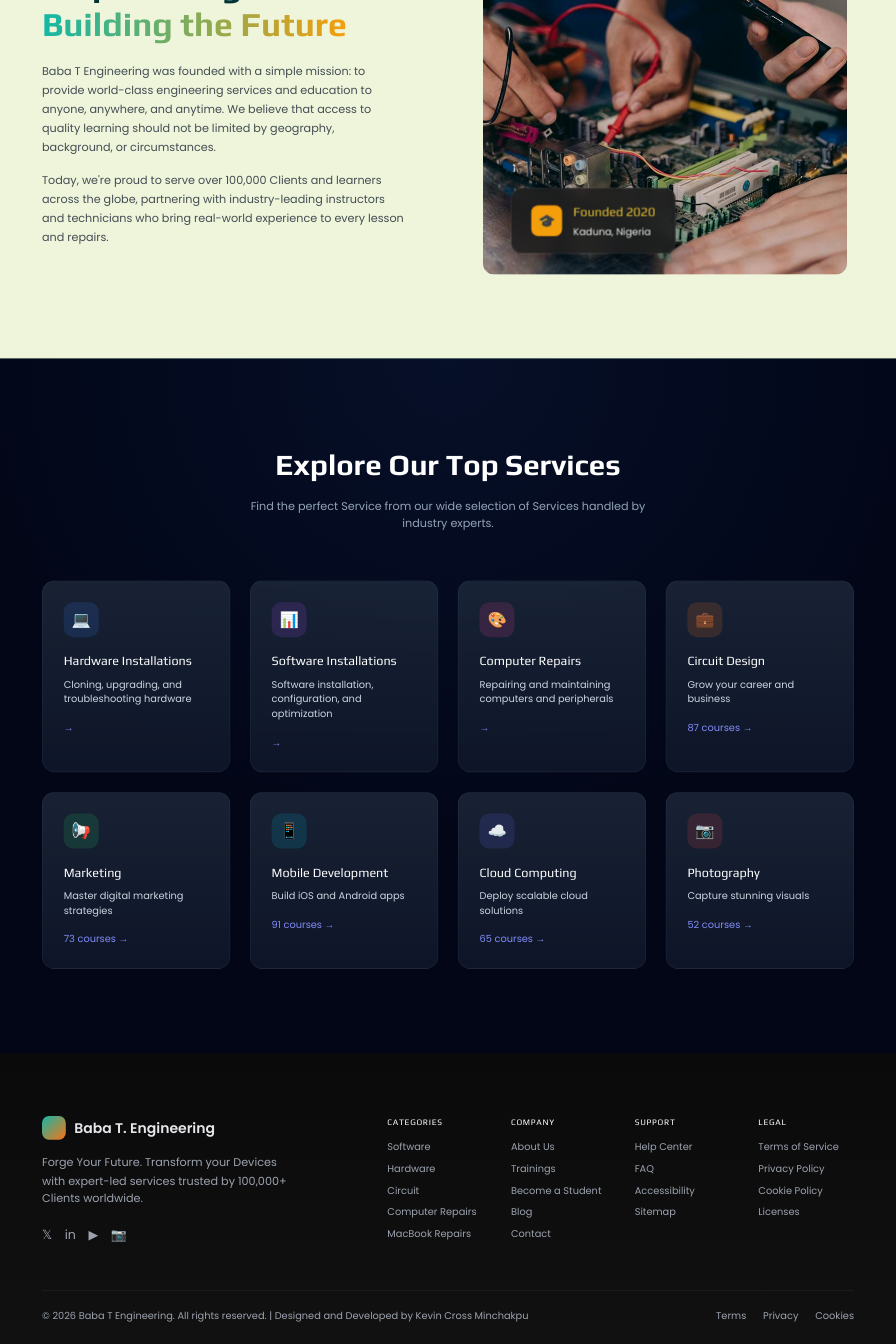
Repository: KC-Minchakpu/babatunde
Page: /
These files come from the project's save history. The page is drawn as it stood at one moment and after the next save; the edit follows.
The browser window is 1280 px wide. The pictures show the part of the page from y = 1816 to 3736 px (the page is 3736 px tall), at 70% of full size.
The project was rebuilt for these pictures with package versions that can differ from the ones it lists, and the page was loaded fresh each time. The framework's server and built-in components were replaced by stand-ins that run in the browser. Also part of the build but not shown: next.config.ts.

Above is the page before, as saved 2026-02-14 23:08:00.

### src/app/layout.tsx
import type { Metadata } from "next";
import { Play, Poppins } from "next/font/google";
import "./globals.css";
import Header from "@/components/Header/Header";
import Footer from "@/components/Footer/Footer";

const play = Play({
  variable: "--font-play",
  subsets: ["latin"],
  weight: ["400", "700"],
});

const poppins = Poppins({
  variable: "--font-poppins",
  subsets: ["latin"],
  weight: ["400", "500", "600", "700"],
});

export const metadata: Metadata = {
  title: "Create Next App",
  description: "Generated by create next app",
};

export default function RootLayout({
  children,
}: Readonly<{
  children: React.ReactNode;
}>) {
  return (
    <html lang="en">
      <body
        className={`${play.variable} ${poppins.variable} antialiased`}
      >
        <Header />
        {children}
        <Footer />
      </body>
    </html>
  );
}

### src/app/page.tsx
import Hero from "@/components/Hero/Hero";
import Values from "@/components/Values/Values";
import Story from "@/components/Story/Story";
import Categories from "@/components/Categories/Categories";


export default function Home() {
  return (
    <>
     <main>
      <Hero />
      <Values />
      <Story />
      <Categories />
     </main>
    </>
  );
}

### src/app/globals.css
@import "tailwindcss";

:root {
  --background: #023436;
  --foreground: #f0f0f0;
}

body {
  background: var(--background);
  color: var(--foreground);
  font-family: var(--font-poppins);
}

h1, h2, h3, h4, h5, h6 {
  font-family: var(--font-play);
}

h1 {
  color: red;
  font-size: 35px;
}

### src/components/Header/Header.tsx
"use client";

import Link from "next/link";
import styles from "./Header.module.css";
import { useState } from "react";

const Header = () => {
  const [isOpen, setIsOpen] = useState(false);

  return (
    <header className={styles.header}>
      <div className={styles.container}>
        {/* Logo */}
        <div className={styles.logo}>
          <span className={styles.logoCircle}>Ed</span>
          <span className={styles.logoText}>Baba T </span>
        </div>

        {/* Navigation */}
        <nav className={styles.nav}>
          <Link href="/">Home</Link>

          <div
            className={styles.dropdown}
            onMouseEnter={() => setIsOpen(true)}
            onMouseLeave={() => setIsOpen(false)}
          >
            <span className={styles.dropdownToggle}>About</span>

            {isOpen && (
              <div className={styles.dropdownMenu}>
                <Link href="/about/history">Our History</Link>
                <Link href="/about/team">Our Team</Link>
                <Link href="/about/mission">Mission & Vision</Link>
                <Link href="/about/values">Core Values</Link>
                <Link href="/about/careers">Careers</Link>
              </div>
            )}
          </div>

          <Link href="/students-life">Students Life</Link>
          <Link href="/services">Services</Link>
          <Link href="/training-programs">Training Programs</Link>
          <Link href="/blog">Blog</Link>
          <Link href="/contact">Contact Us</Link>
        </nav>

        {/* Auth Buttons */}
        <div className={styles.actions}>
          <button className={styles.signIn}>Sign In</button>
          <button className={styles.signUp}>Sign Up</button>
        </div>
      </div>
    </header>
  );
};

export default Header;

### src/components/Footer/Footer.tsx
import styles from "./Footer.module.css";

export default function Footer() {
  return (
    <footer className={styles.footer}>
      <div className={styles.container}>
        <div className={styles.topSection}>
          {/* LEFT BRAND AREA */}
          <div className={styles.brand}>
            <div className={styles.logo}>
              <div className={styles.logoBox}></div>
              <span>Baba T. Engineering</span>
            </div>

            <p>
              Forge Your Future. Transform your Devices with expert-led services
              trusted by 100,000+ Clients worldwide.
            </p>

            <div className={styles.socials}>
              <span>𝕏</span>
              <span>in</span>
              <span>▶</span>
              <span>📷</span>
            </div>
          </div>

          {/* LINKS GRID */}
          <div className={styles.linksGrid}>
            <div>
              <h4>CATEGORIES</h4>
              <a>Software</a>
              <a>Hardware</a>
              <a>Circuit</a>
              <a>Computer Repairs</a>
              <a>MacBook Repairs</a>
            </div>

            <div>
              <h4>COMPANY</h4>
              <a>About Us</a>
              <a>Trainings</a>
              <a>Become a Student</a>
              <a>Blog</a>
              <a>Contact</a>
            </div>

            <div>
              <h4>SUPPORT</h4>
              <a>Help Center</a>
              <a>FAQ</a>
              <a>Accessibility</a>
              <a>Sitemap</a>
            </div>

            <div>
              <h4>LEGAL</h4>
              <a>Terms of Service</a>
              <a>Privacy Policy</a>
              <a>Cookie Policy</a>
              <a>Licenses</a>
            </div>
          </div>
        </div>

        {/* DIVIDER */}
        <div className={styles.divider}></div>

        {/* BOTTOM BAR */}
        <div className={styles.bottomBar}>
          <p>© 2026 Baba T Engineering. All rights reserved. | Designed and Developed by Kevin Cross Minchakpu</p>

          <div className={styles.bottomLinks}>
            <a>Terms</a>
            <a>Privacy</a>
            <a>Cookies</a>
          </div>
        </div>
      </div>
    </footer>
  );
}

### src/components/Hero/Hero.tsx
import Image from "next/image";
import styles from "./Hero.module.css";

export default function Hero() {
  return (
    <section className={styles.hero}>
      <div className={styles.container}>
        {/* LEFT CONTENT */}
        <div className={styles.left}>
          <span className={styles.badge}>
            — EXCELLENCE IN CIRCUIT REPAIR AND MAINTENANCE
          </span>

          <h1 className={styles.title}>
            Restoring Power, <br /> Precision, and Performance
          </h1>

          <p className={styles.description}>
            At Baba T Engineering, we specialize in professional electronic hardware
            repairs, with a focus on computer motherboards, laptops, and other
            critical devices. We combine expert craftsmanship with cutting-edge
            diagnostic tools to bring your electronics back to life — fast,
            affordable, and reliable.
          </p>

          <div className={styles.buttonGroup}>
            <button className={styles.primaryBtn}>Book a Repair</button>
            <button className={styles.secondaryBtn}>Apply Today!</button>
          </div>

          {/* STATS */}
          <div className={styles.stats}>
            <div className={styles.stat}>
              <h3>25+</h3>
              <p>Years Experience</p>
            </div>

            <div className={styles.stat}>
              <h3>5000+</h3>
              <p>Devices Repaired</p>
            </div>

            <div className={styles.stat}>
              <h3>3000+</h3>
              <p>Satisfied Clients</p>
            </div>
          </div>
        </div>

        {/* RIGHT IMAGE */}
        <div className={styles.right}>
          <div className={styles.imageWrapper}>
            <Image
              src="/images/misc-16.jpeg"
              alt="Construction worker"
              fill
              className={styles.image}
              priority
            />

            <div className={styles.overlayCard}>
              <h4>ISO 9001:2015</h4>
              <p>Certified Construction</p>
            </div>
          </div>
        </div>
      </div>
    </section>
  );
}

### src/components/Values/Values.tsx
import styles from "./Values.module.css";

export default function Values() {
  return (
    <section className={styles.values}>
      <div className={styles.container}>
        {/* Header */}
        <div className={styles.header}>
          <h2>Our Values</h2>
          <p>These core principles guide everything we do at Baba T Engineering.</p>
        </div>

        {/* Cards */}
        <div className={styles.grid}>
          <div className={styles.card}>
            <div className={`${styles.icon} ${styles.iconGreen}`}>
              👤
            </div>
            <h3>Learner First</h3>
            <p>
              Every decision we make starts with a simple question: “How does
              this benefit our learners?” We’re obsessed with student success.
            </p>
          </div>

          <div className={styles.card}>
            <div className={`${styles.icon} ${styles.iconOrange}`}>
              ✨
            </div>
            <h3>Excellence Always</h3>
            <p>
              We maintain the highest standards for our courses, instructors,
              and platform. Good enough is never good enough for us.
            </p>
          </div>

          <div className={styles.card}>
            <div className={`${styles.icon} ${styles.iconTeal}`}>
              🌍
            </div>
            <h3>Accessible to All</h3>
            <p>
              We believe quality education should be available to everyone. We
              work hard to keep courses affordable and accessible globally.
            </p>
          </div>
        </div>
      </div>
    </section>
  );
}

### src/components/Story/Story.tsx
import Image from "next/image";
import styles from "./Story.module.css";

export default function Story() {
  return (
    <section className={styles.story}>
      <div className={styles.container}>
        {/* LEFT CONTENT */}
        <div className={styles.left}>
          <span className={styles.badge}>Our Story</span>

          <h2 className={styles.title}>
            Empowering Learners<br />
            <span>Building the Future</span>
          </h2>

          <p className={styles.description}>
            Baba T Engineering was founded with a simple mission: to provide world-class
            engineering services and education to anyone, anywhere, and anytime. We believe that access to quality
            learning should not be limited by geography, background, or
            circumstances.
          </p>

          <p className={styles.description}>
            Today, we&apos;re proud to serve over 100,000 Clients and learners across the globe,
            partnering with industry-leading instructors and technicians who bring real-world
            experience to every lesson and repairs.
          </p>
        </div>

        {/* RIGHT IMAGE */}
        <div className={styles.right}>
          <div className={styles.imageWrapper}>
            <Image
              src="/images/power-systems.jpg"
              alt="Technician working on power systems"
              fill
              className={styles.image}
              priority
            />

            <div className={styles.floatingCard}>
              <div className={styles.icon}>🎓</div>
              <div>
                <h4>Founded 2020</h4>
                <p>Kaduna, Nigeria</p>
              </div>
            </div>
          </div>
        </div>
      </div>
    </section>
  );
}

### src/components/Categories/Categories.tsx
import styles from "./Categories.module.css";

const categories = [
  {
    title: "Hardware Installations",
    description: "Cloning, upgrading, and troubleshooting hardware",
    icon: "💻",
    color: "blue",
  },
  {
    title: "Software Installations",
    description: "Software installation, configuration, and optimization",
   icon: "📊",
    color: "purple",
  },
  {
    title: "Computer Repairs",
    description: "Repairing and maintaining computers and peripherals",
    icon: "🎨",
    color: "pink",
  },
  {
    title: "Circuit Design",
    description: "Grow your career and business",
    courses: "87 courses",
    icon: "💼",
    color: "orange",
  },
  {
    title: "Marketing",
    description: "Master digital marketing strategies",
    courses: "73 courses",
    icon: "📢",
    color: "green",
  },
  {
    title: "Mobile Development",
    description: "Build iOS and Android apps",
    courses: "91 courses",
    icon: "📱",
    color: "cyan",
  },
  {
    title: "Cloud Computing",
    description: "Deploy scalable cloud solutions",
    courses: "65 courses",
    icon: "☁️",
    color: "indigo",
  },
  {
    title: "Photography",
    description: "Capture stunning visuals",
    courses: "52 courses",
    icon: "📷",
    color: "red",
  },
];

export default function Categories() {
  return (
    <section className={styles.categories}>
      <div className={styles.container}>
        <div className={styles.header}>
          <h2>Explore Our Top Services</h2>
          <p>
            Find the perfect Service from our wide selection of Services
            handled by industry experts.
          </p>
        </div>

        <div className={styles.grid}>
          {categories.map((cat, index) => (
            <div key={index} className={styles.card}>
              <div className={`${styles.icon} ${styles[cat.color]}`}>
                {cat.icon}
              </div>

              <h3>{cat.title}</h3>
              <p>{cat.description}</p>

              <span className={styles.courses}>
                {cat.courses} →
              </span>
            </div>
          ))}
        </div>
      </div>
    </section>
  );
}

### src/components/Header/Header.module.css
.header {
  width: 100%;
  height: 100px;
  background: #0F1A20;
  padding: 20px;
  position: sticky;
  top: 0;
  z-index: 1000;
}

.container {
  width: 90%;
  margin: 0 auto;
  display: flex;
  align-items: center;
  justify-content: space-between;
}

/* Logo */
.logo {
  display: flex;
  align-items: center;
  gap: 8px;
  cursor: pointer;
}

.logoCircle {
  width: 40px;
  height: 40px;
  border-radius: 50%;
  background: linear-gradient(135deg, #8e2de2, #4a00e0);
  display: flex;
  align-items: center;
  justify-content: center;
  color: white;
  font-weight: bold;
}

.logoText {
  font-size: 22px;
  font-weight: 600;
  color: #ffffff;
}

/* Nav */
.nav {
  display: flex;
  align-items: center;
  gap: 24px;
  font-family: 'Play', sans-serif;

}

.nav a,
.dropdownToggle {
  color: #ffffff;
  text-decoration: none;
  font-size: 19px;
  cursor: pointer;
  position: relative;
  transition: color 0.3s ease;
}

.nav a:hover,
.dropdownToggle:hover {
  color: #FFD23F;
}

/* Dropdown */
.dropdown {
  position: relative;
}

.dropdownMenu {
  position: absolute;
  width: 250px;
  top: 35px;
  left: 0;
  background: #0F1A20;
  border-radius: 8px;
  padding: 10px 0;
  min-width: 180px;
  box-shadow: 0 10px 25px rgba(0, 0, 0, 0.15);
  display: flex;
  flex-direction: column;
}

.dropdownMenu a {
  padding: 10px 16px;
  color: #ffffff;
  font-size: 19px;
  text-decoration: none;
  transition: background 0.2s ease;
}

.dropdownMenu a:hover {
  color: #FFD23F;
}

/* Buttons */
.actions {
  display: flex;
  gap: 12px;
}

.signIn {
  padding: 8px 18px;
  border-radius: 8px;
  border: none;
  cursor: pointer;
  color: white;
  background: linear-gradient(135deg, #8e2de2, #4a00e0);
  font-size: 14px;
}

.signUp {
  padding: 8px 18px;
  border-radius: 8px;
  border: none;
  cursor: pointer;
  color: white;
  background: linear-gradient(135deg, #667eea, #764ba2);
  font-size: 14px;
}

/* Responsive */
@media (max-width: 1024px) {
  .nav {
    display: none;
  }
}

### src/components/Footer/Footer.module.css
.footer {
  background: linear-gradient(
    180deg,
    #0a0a0a,
    #111111
  );
  color: #e5e7eb;
  padding: 90px 0 30px;
}

.container {
  max-width: 1200px;
  margin: 0 auto;
  padding: 0 20px;
}

/* TOP SECTION */
.topSection {
  display: flex;
  justify-content: space-between;
  gap: 60px;
}

/* BRAND */
.brand {
  flex: 1.3;
}

.logo {
  display: flex;
  align-items: center;
  gap: 12px;
  font-weight: 600;
  font-size: 20px;
  margin-bottom: 20px;
}

.logoBox {
  width: 34px;
  height: 34px;
  border-radius: 10px;
  background: linear-gradient(135deg, #14b8a6, #f97316);
}

.brand p {
  color: #9ca3af;
  line-height: 1.6;
  margin-bottom: 24px;
  max-width: 350px;
}

.socials {
  display: flex;
  gap: 18px;
  font-size: 18px;
  color: #9ca3af;
}

.socials span {
  cursor: pointer;
  transition: color 0.3s ease;
}

.socials span:hover {
  color: white;
}

/* LINKS GRID */
.linksGrid {
  flex: 2;
  display: grid;
  grid-template-columns: repeat(4, 1fr);
  gap: 40px;
}

.linksGrid h4 {
  font-size: 12px;
  letter-spacing: 1px;
  margin-bottom: 16px;
  color: #ffffff;
}

.linksGrid a {
  display: block;
  font-size: 14px;
  color: #9ca3af;
  margin-bottom: 10px;
  cursor: pointer;
  transition: color 0.3s ease;
}

.linksGrid a:hover {
  color: #ffffff;
}

/* DIVIDER */
.divider {
  height: 1px;
  background: rgba(255, 255, 255, 0.08);
  margin: 60px 0 25px;
}

/* BOTTOM BAR */
.bottomBar {
  display: flex;
  justify-content: space-between;
  align-items: center;
  font-size: 14px;
  color: #9ca3af;
}

.bottomLinks {
  display: flex;
  gap: 24px;
}

.bottomLinks a {
  cursor: pointer;
  transition: color 0.3s ease;
}

.bottomLinks a:hover {
  color: white;
}

/* RESPONSIVE */
@media (max-width: 1024px) {
  .topSection {
    flex-direction: column;
    gap: 50px;
  }

  .linksGrid {
    grid-template-columns: repeat(2, 1fr);
  }

  .bottomBar {
    flex-direction: column;
    gap: 15px;
    text-align: center;
  }
}

@media (max-width: 600px) {
  .linksGrid {
    grid-template-columns: 1fr;
  }
}

### src/components/Values/Values.module.css
.values {
  background: radial-gradient(
      circle at top,
      rgba(255, 255, 255, 0.04),
      transparent 60%
    ),
    #000;
  padding: 100px 0;
  color: #fff;
}

.container {
  max-width: 1200px;
  margin: 0 auto;
  padding: 0 20px;
}

.header {
  text-align: center;
  margin-bottom: 70px;
}

.header h2 {
  font-size: 40px;
  font-weight: 700;
  margin-bottom: 12px;
}

.header p {
  font-size: 16px;
  color: #a1a1aa;
}

/* GRID */
.grid {
  display: grid;
  grid-template-columns: repeat(3, 1fr);
  gap: 30px;
}

/* CARD */
.card {
  background: linear-gradient(
    180deg,
    rgba(255, 255, 255, 0.06),
    rgba(255, 255, 255, 0.02)
  );
  border: 1px solid rgba(255, 255, 255, 0.08);
  border-radius: 16px;
  padding: 32px;
  transition: transform 0.3s ease, box-shadow 0.3s ease;
}

.card:hover {
  transform: translateY(-6px);
  box-shadow: 0 20px 40px rgba(0, 0, 0, 0.6);
}

.card h3 {
  font-size: 20px;
  font-weight: 600;
  margin-bottom: 12px;
}

.card p {
  font-size: 15px;
  line-height: 1.6;
  color: #d4d4d8;
}

/* ICON */
.icon {
  width: 44px;
  height: 44px;
  border-radius: 10px;
  display: flex;
  align-items: center;
  justify-content: center;
  font-size: 20px;
  margin-bottom: 20px;
}

.iconGreen {
  background: rgba(16, 185, 129, 0.15);
  color: #10b981;
}

.iconOrange {
  background: rgba(249, 115, 22, 0.15);
  color: #f97316;
}

.iconTeal {
  background: rgba(20, 184, 166, 0.15);
  color: #14b8a6;
}

/* RESPONSIVE */
@media (max-width: 1024px) {
  .grid {
    grid-template-columns: 1fr;
  }

  .card {
    text-align: left;
  }
}

@media (max-width: 600px) {
  .header h2 {
    font-size: 32px;
  }
}

### src/components/Story/Story.module.css
.story {
  background: #EEF5DB;
  padding: 120px 0;
  color: #023436;
}

.container {
  max-width: 1200px;
  margin: 0 auto;
  padding: 0 20px;
  display: flex;
  align-items: center;
  gap: 80px;
}

/* LEFT */
.left {
  flex: 1;
}

.badge {
  display: inline-block;
  padding: 6px 20px;
  background: #333232;
  color: #f1f1f1;
  font-size: 14px;
  border-radius: 999px;
  margin-bottom: 24px;
}

.title {
  font-size: 48px;
  font-weight: 700;
  line-height: 1.2;
  margin-bottom: 24px;
}

.title span {
  background: linear-gradient(90deg, #14b8a6, #f59e0b);
  -webkit-background-clip: text;
  background-clip: text;
  -webkit-text-fill-color: transparent;
}

.description {
  color: #444c52;
  line-height: 1.7;
  font-size: 16px;
  margin-bottom: 20px;
  max-width: 520px;
}

/* RIGHT */
.right {
  flex: 1;
  display: flex;
  justify-content: center;
}

.imageWrapper {
  position: relative;
  width: 100%;
  max-width: 520px;
  height: 520px;
  border-radius: 16px;
  overflow: hidden;
}

.image {
  object-fit: cover;
}

/* FLOATING CARD */
.floatingCard {
  position: absolute;
  bottom: 30px;
  left: 40px;
  display: flex;
  align-items: center;
  gap: 16px;

  background: rgba(30, 30, 30, 0.9);
  -webkit-backdrop-filter: blur(10px);
  backdrop-filter: blur(10px);
  padding: 20px 28px;
  border-radius: 16px;
  border: 1px solid rgba(255, 255, 255, 0.08);

  box-shadow: 0 25px 50px rgba(0, 0, 0, 0.5);
}

.icon {
  width: 44px;
  height: 44px;
  background: #f59e0b;
  color: #14b8a6;
  display: flex;
  align-items: center;
  justify-content: center;
  border-radius: 10px;
  font-size: 20px;
}

.floatingCard h4 {
  font-size: 18px;
  margin: 0;
  color: #EAC435;
}

.floatingCard p {
  font-size: 14px;
  margin: 4px 0 0;
  color: #f1f1f1;
}

/* RESPONSIVE */
@media (max-width: 1024px) {
  .container {
    flex-direction: column;
    text-align: center;
  }

  .description {
    margin: 0 auto 20px;
  }

  .floatingCard {
    left: 50%;
    transform: translateX(-50%);
    bottom: -40px;
  }
}

@media (max-width: 768px) {
  .title {
    font-size: 36px;
  }

  .imageWrapper {
    height: 380px;
  }
}

Loaded but not shown: src/components/Hero/Hero.module.css (188 lines, source omitted); src/components/Categories/Categories.module.css (154 lines, source omitted)

After the next save:
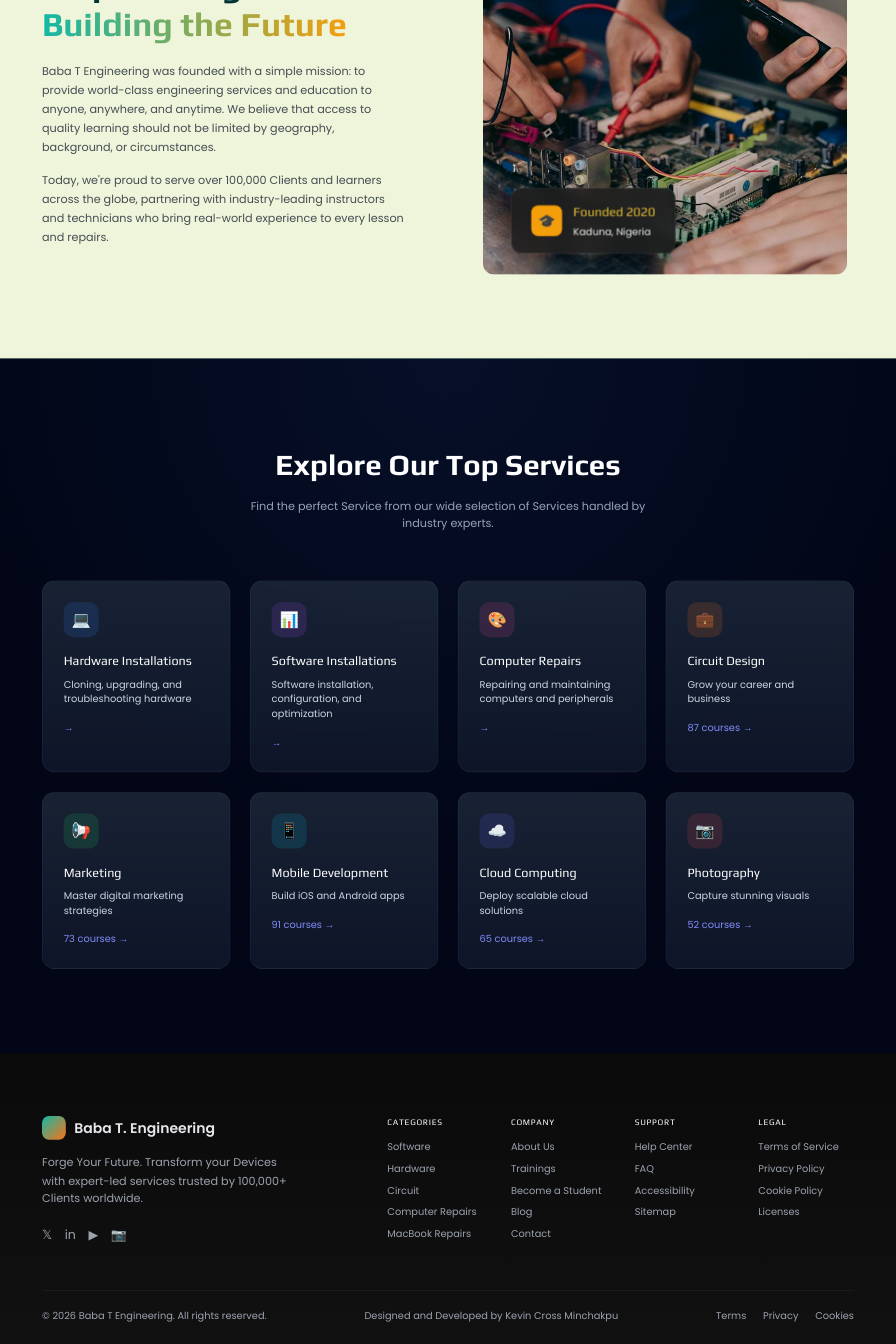
Saved 44 s later.
--- a/src/components/Footer/Footer.tsx
+++ b/src/components/Footer/Footer.tsx
@@ -68,7 +68,8 @@ export default function Footer() {
 
         {/* BOTTOM BAR */}
         <div className={styles.bottomBar}>
-          <p>© 2026 Baba T Engineering. All rights reserved. | Designed and Developed by Kevin Cross Minchakpu</p>
+          <p>© 2026 Baba T Engineering. All rights reserved.</p>
+          <p>Designed and Developed by Kevin Cross Minchakpu</p>
 
           <div className={styles.bottomLinks}>
             <a>Terms</a>
